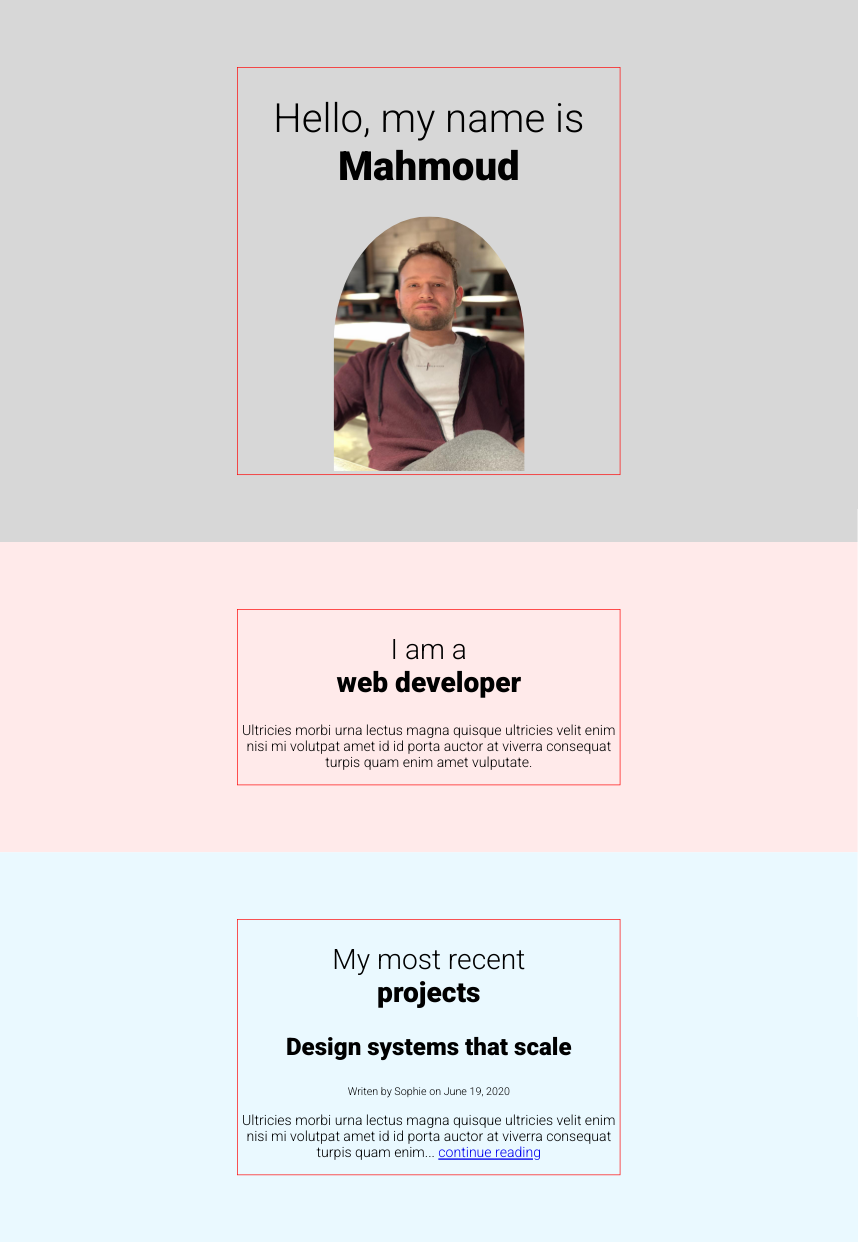
Repository: Doumham-Armah/portfolio
Page: index.html
The author's editor kept a copy of each file at every save. The page is drawn from the files as they stood at one save, then again after the next save.
The browser window is 1280 px wide. The pictures show the whole page, at 67% of full size.

Above is the page before, as saved 2021-08-17 12:31:47.

### index.html
<!DOCTYPE html>
<html>
  <head>
    <title>HTML & CSS Fundamentals | Challenges</title>
    <link rel="preconnect" href="https://fonts.googleapis.com" />
    <link rel="preconnect" href="https://fonts.gstatic.com" crossorigin />
    <link
      href="https://fonts.googleapis.com/css2?family=Roboto:wght@300;900&display=swap"
      rel="stylesheet"
    />
    <link href="./style.css" rel="stylesheet" />
  </head>

  <body>
    <header>
      <div class="container">
        <h1>Hello, my name is <span>Mahmoud</span></h1>
        <img class="my-photo" src="./images/photo.jpeg" alt="image of me" />
      </div>
    </header>

    <section class="about-me">
      <div class="container">
        <h2>I am a <span>web developer</span></h2>
        <p>
          Ultricies morbi urna lectus magna quisque ultricies velit enim nisi mi
          volutpat amet id id porta auctor at viverra consequat turpis quam enim
          amet vulputate.
        </p>
      </div>
    </section>

    <section class="projects">
      <div class="container">
        <h2>My most recent <span>projects</span></h2>
        <article>
          <h3>Design systems that scale</h3>
          <p class="small-text">Writen by Sophie on June 19, 2020</p>
          <p>
            Ultricies morbi urna lectus magna quisque ultricies velit enim nisi
            mi volutpat amet id id porta auctor at viverra consequat turpis quam
            enim... <a href="#">continue reading</a>
          </p>
        </article>
      </div>
    </section>
  </body>
</html>

### style.css
body {
  margin: 0;
  font-size: 1.3125rem;
}

h1,
h2 {
  font-weight: 300;
}

h1 {
  font-size: 3.75rem;
}

h2 {
  font-size: 2.625rem;
}

h3 {
  font-size: 2.25rem;
}

h1 span,
h2 span {
  font-weight: 900;
  display: block;
}

header,
section {
  padding: 6.25rem 0;
}

header {
  background-color: #d7d7d7;
}

.about-me {
  background-color: #ffeaea;
}

.projects {
  background-color: #eaf9ff;
}

.small-text {
  font-size: 16px;
}

.container {
  width: 570px;
  margin: 0 auto;
  border: 1px solid red;
  text-align: center;
  font-family: "Roboto", sans-serif;
}

.my-photo {
  max-width: 50%;
  /* height: auto; */
  border-radius: 50% 50% 0 0;
}

After the next save:
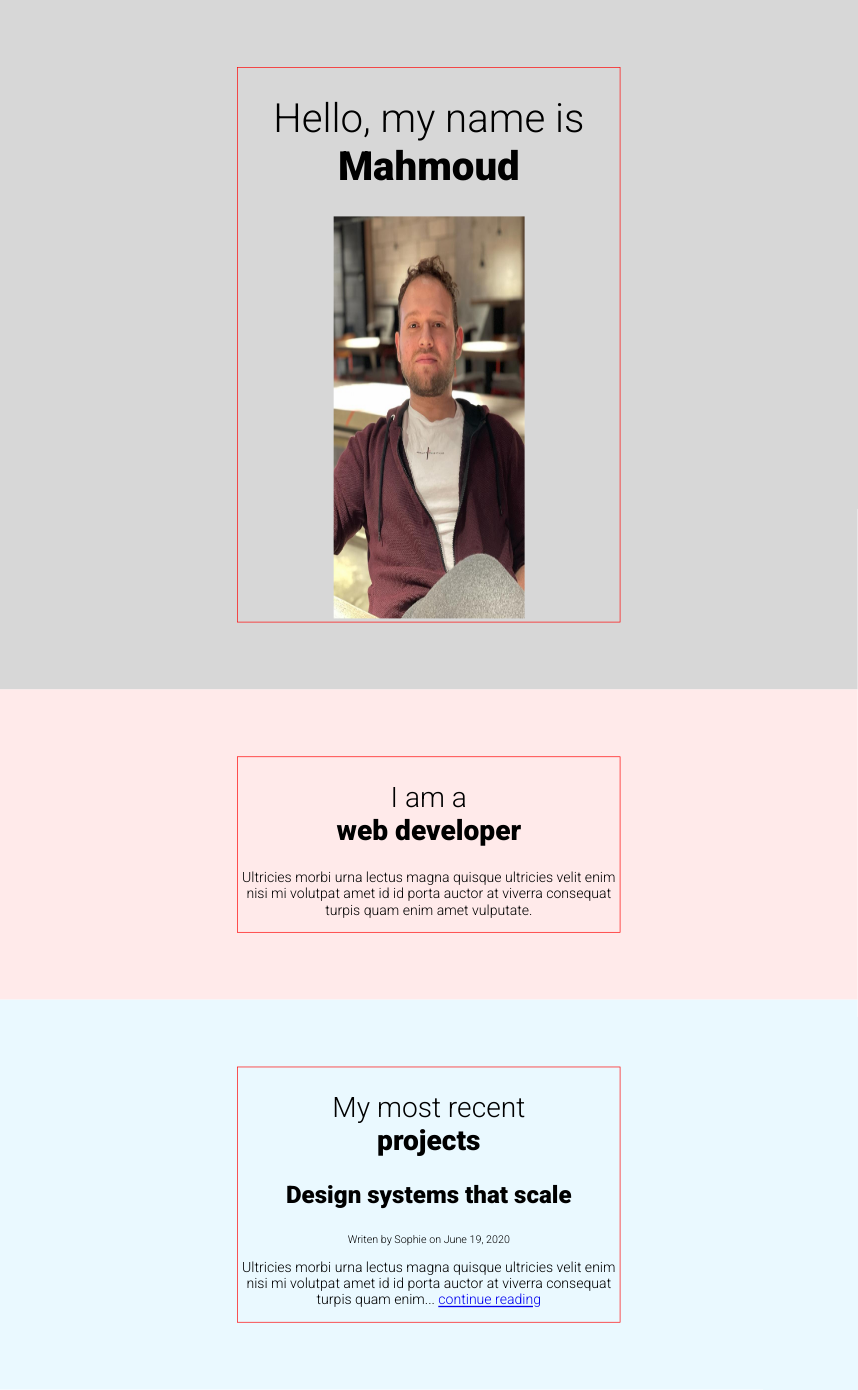
Saved 22 s later.
--- a/style.css
+++ b/style.css
@@ -58,5 +58,8 @@ header {
 .my-photo {
   max-width: 50%;
   /* height: auto; */
+  height:600px; //sample
+  width:600px; //sample
+}
   border-radius: 50% 50% 0 0;
 }
